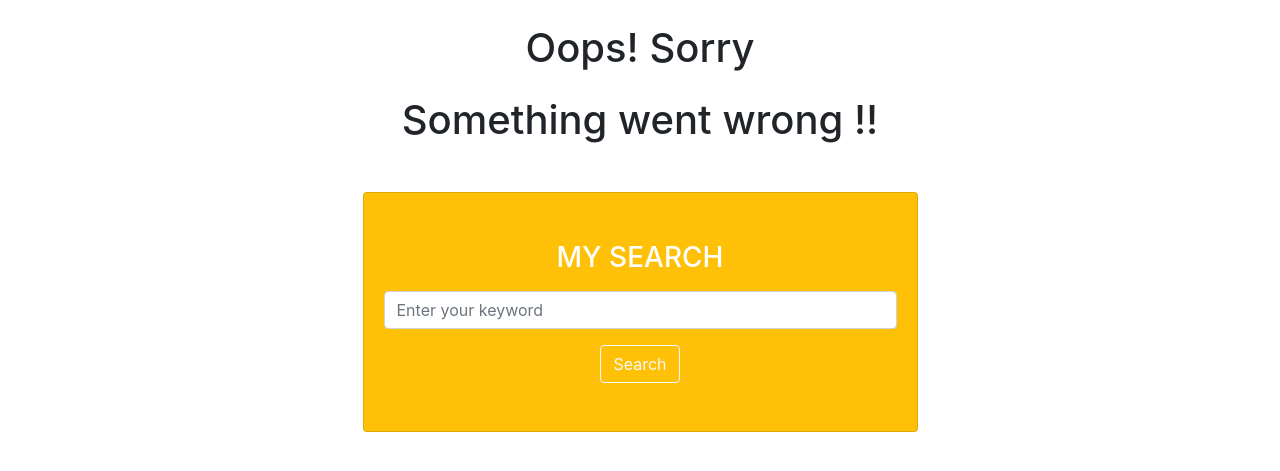
Repository: GovindParve/spring_mvc_maven_search_project
Page: http://localhost/springmvcsearch/home
These files come from the project's save history. The page is drawn as it stood at one moment and after the next save; the edit follows.
The browser window is 1280 px wide. The pictures show the whole page.
Some web libraries are served in a nearby version. The page is served by Tomcat 9.

Above is the page before, as saved 2023-06-18 17:52:25.

After the next save:
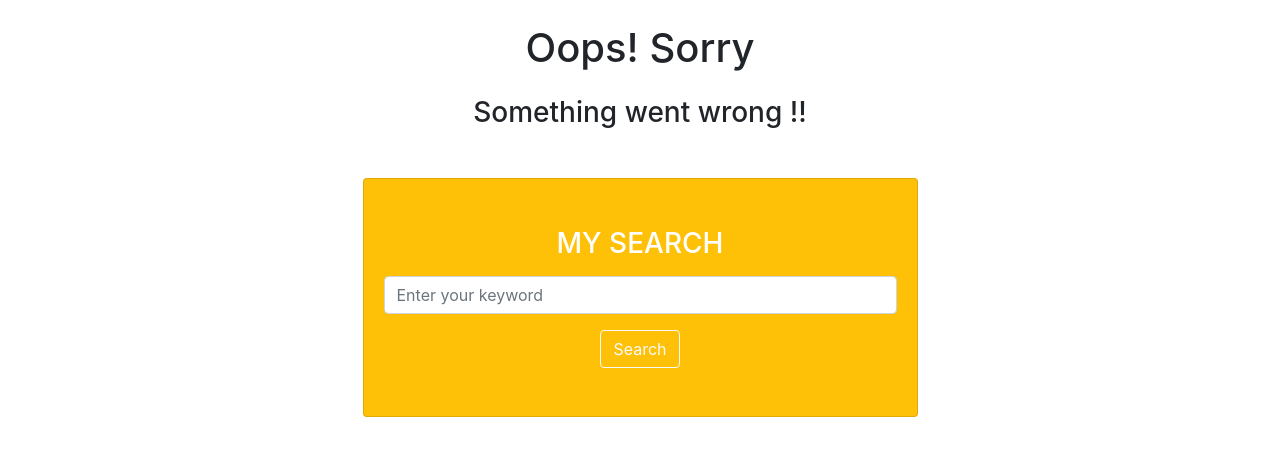
Saved 57 s later.
--- a/springmvcsearch/src/main/webapp/WEB-INF/views/null_page.jsp
+++ b/springmvcsearch/src/main/webapp/WEB-INF/views/null_page.jsp
@@ -31,7 +31,7 @@
 <%--   	<img alt="my image" src="<c:url value="/resources/image/tiger1.jpg" />"> --%>
     <div class="container">
     	<h1 class="text-center m-4">Oops! Sorry</h1>
-    	<h1 class="text-center m-4">Something went wrong !!</h1>
+    	<h3 class="text-center m-4">Something went wrong !!</h3>
     	<div class="card mx-auto mt-5 bg-warning" style="width: 50%">
     		<div class="card-body py-5">
 
